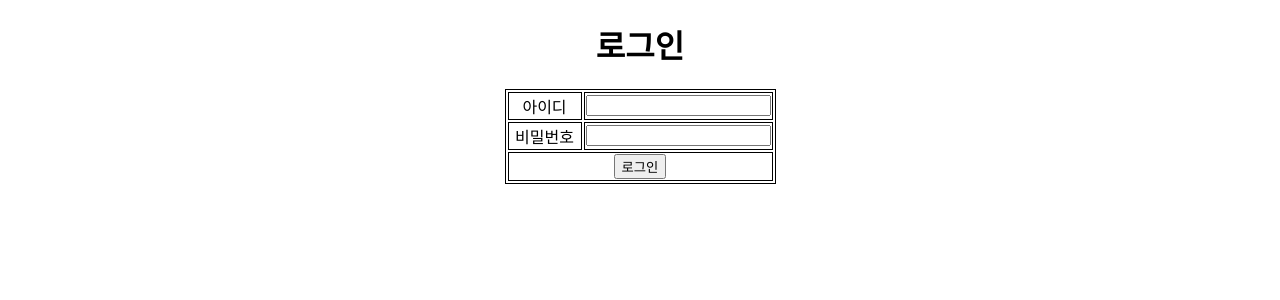
Repository: CHANGMAN-LEE/Java_ee
Page: http://localhost/test/template/login.jsp
These files come from the project's save history. The page is drawn as it stood at one moment and after a run of saves; the edit follows.
The browser window is 1280 px wide. The pictures show the whole page.
The page is served by Tomcat 9.

Above is the page before, as saved 2020-07-09 06:48:33.

After the next 2 saves:
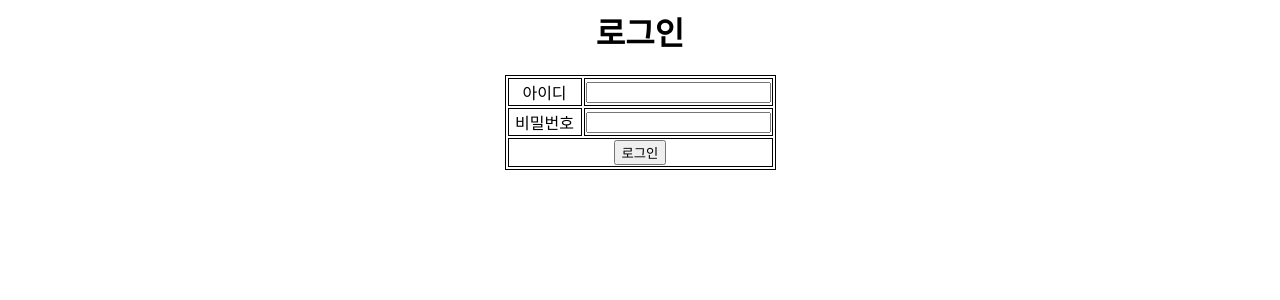
The 2 saves are shown as one change because 1 did not build or start.
The last was saved 108 s later.
--- a/workspace/test/WebContent/template/login.jsp
+++ b/workspace/test/WebContent/template/login.jsp
@@ -1,12 +1,6 @@
 <%@ page language="java" contentType="text/html; charset=UTF-8"
     pageEncoding="UTF-8"%>
-<!DOCTYPE html>
-<html>
-<head>
-<meta charset="UTF-8">
-<title>Insert title here</title>
-</head>
-<body>
+
 <h1 align="center">로그인</h1>
 <form name="loginForm" method="post" action="/miniProject/member/login.do">
 <table align="center" border="1" bordercolor="black" bgcolor="">
@@ -35,5 +29,3 @@
 
 </table>
 </form>
-</body>
-</html>
